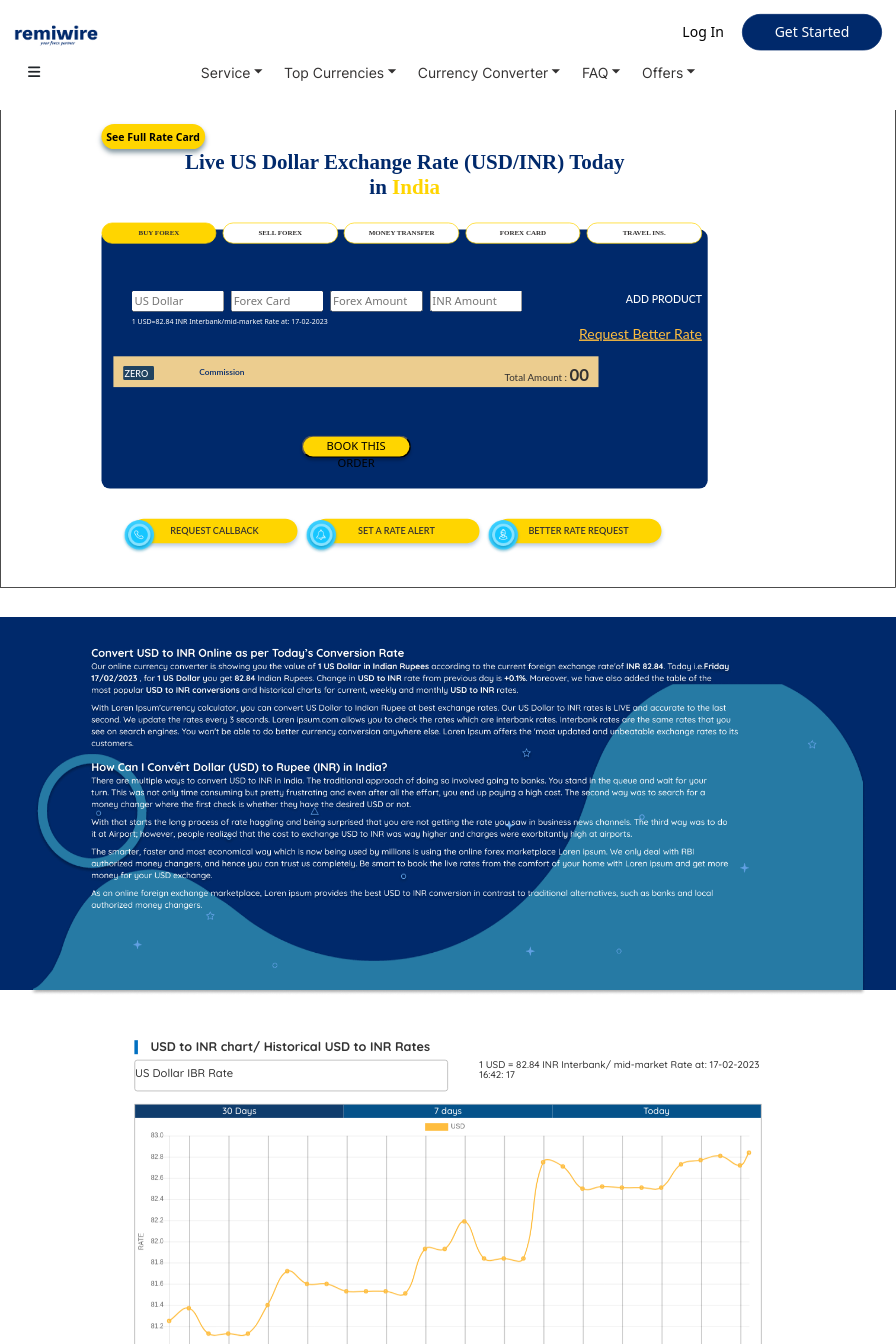
Repository: FlyweisReact/Akshadeep-latest
Page: /exchange
These files come from the project's save history. The page is drawn as it stood at one moment and after the next save; the edit follows.
The browser window is 1280 px wide. The pictures show the part of the page from y = 0 to 1920 px (the page is 4044 px tall before and 4052 px after), at 70% of full size.
Some web libraries are served in a nearby version. The project was rebuilt for these pictures with package versions that can differ from the ones it lists, and the page was loaded fresh each time. Also part of the build but not shown: src/components/order_p1.jsx, src/components/order_p2.jsx, src/components/faas.jsx, src/components/offer.jsx, src/components/Component/Index/CurrencySlider.js, src/components/Component/Index/IndexFirstMotion.js, src/components/Component/Index/IndexSecondMotion.js, src/components/Component/Index/IndexThirdMotion.js and 15 more.

Above is the page before, as saved 2023-05-30 17:29:44.

After the next save:
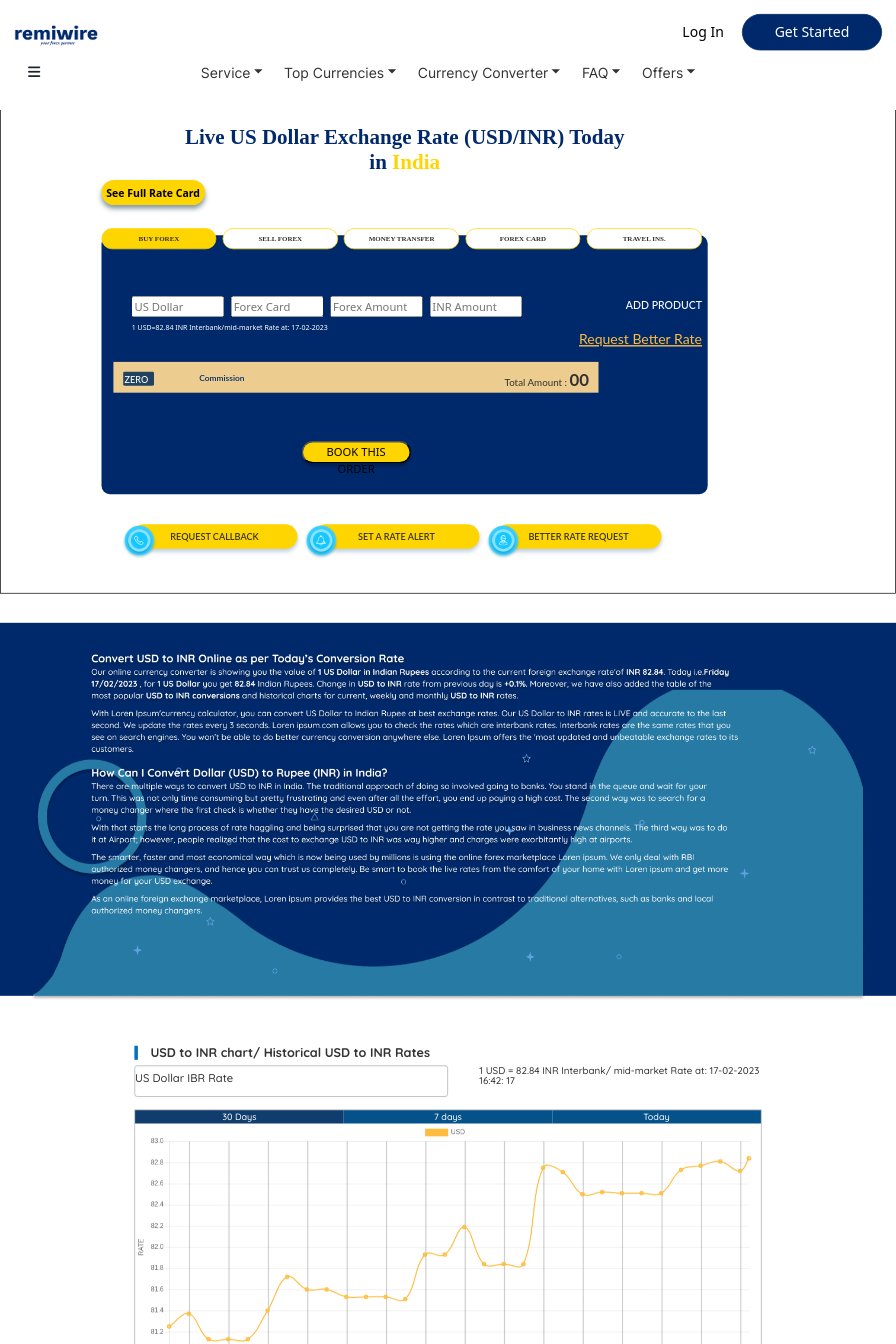
Saved 5 s later.
--- a/src/components/exchange.jsx
+++ b/src/components/exchange.jsx
@@ -28,14 +28,14 @@ const Exchange = () => {
         <div className="exch-left-cont">
 
           <div>
-
-        <button className="exch-btn">See Full Rate Card</button>
-
-          </div>
           <h2 className="exch-title">
             Live US Dollar Exchange Rate (USD/INR) Today <br /> in{" "}
             <spam>India</spam>
           </h2>
+        <button className="exch-btn">See Full Rate Card</button>
+
+          </div>
+
 
 
           <div className="outer-cont">
